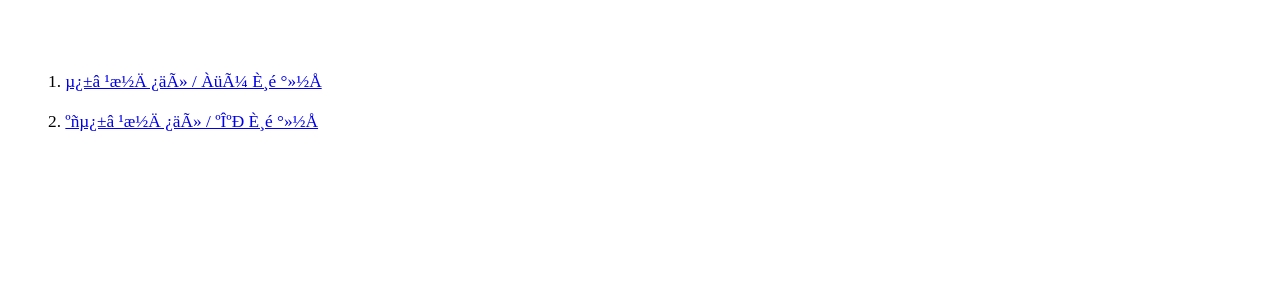
Repository: yeobinJeong/demoweb
Page: ajaxweb/WebContent/demo/helloajax.html
An editor plug-in stored every save of this project. The page is shown before and after the next save, followed by the edit.
The browser window is 1280 px wide. The pictures show the whole page.

Above is the page before, as saved 2016-04-21 05:20:29.

After the next save:
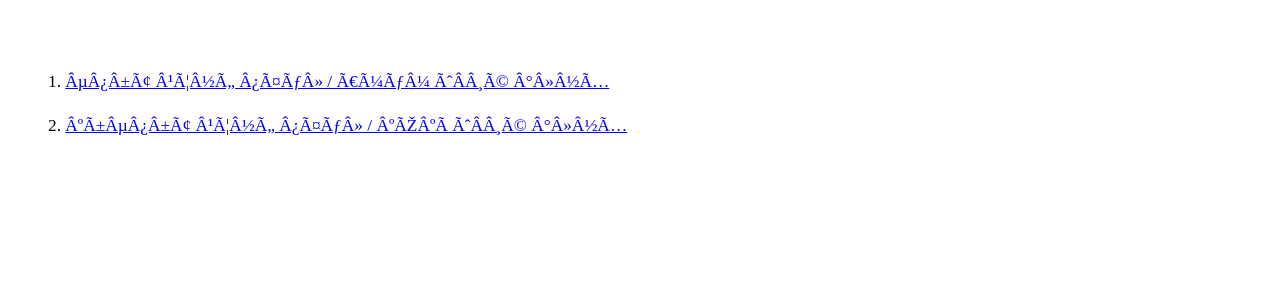
Saved 13 s later.
--- a/ajaxweb/WebContent/demo/helloajax.html
+++ b/ajaxweb/WebContent/demo/helloajax.html
@@ -1,7 +1,7 @@
 <!DOCTYPE html>
 <html>
 <head>
-	<meta charset="utf-8">
+	<meta charset="ECU-KR">
 	<title>Ajax Demo</title>
 	<script type="text/javascript">
 
